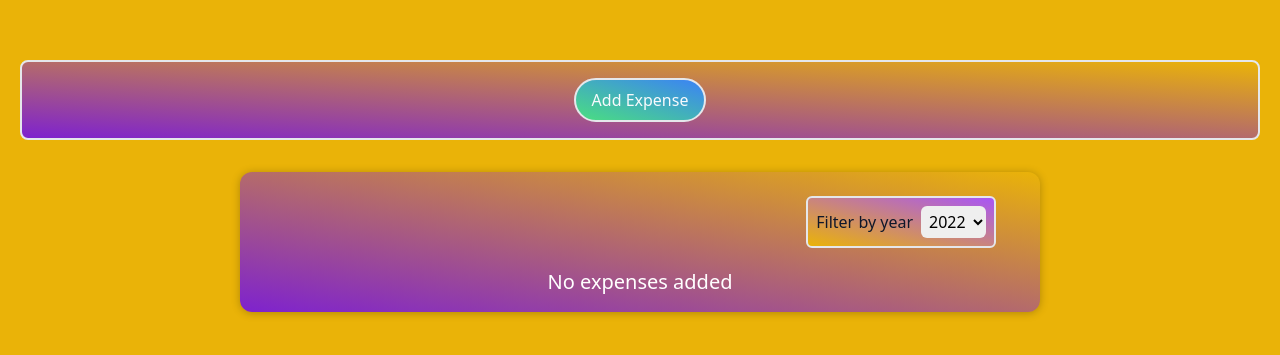
Repository: Sef24/expense-tracker
Page: /
The author's editor kept a copy of each file at every save. The page is drawn from the files as they stood at one save, then again after the next save.
The browser window is 1280 px wide. The pictures show the whole page.
The project was rebuilt for these pictures with package versions that can differ from the ones it lists, and the page was loaded fresh each time. Also part of the build but not shown: src/components/ExpenseItem.css, src/components/ExpenseDate.css, src/components/ExpenseDate.js, src/components/ExpenseItem.js, src/components/NewExpense/NewExpense.css, src/components/NewExpense/ExpenseForm.css, src/components/NewExpense/ExpenseForm.js.

Above is the page before, as saved 2022-05-03 20:52:23.

### public/index.html
<!DOCTYPE html>
<html lang="en">
  <head>
    <meta charset="utf-8" />
    <link rel="icon" href="%PUBLIC_URL%/favicon.ico" />
    <meta name="viewport" content="width=device-width, initial-scale=1" />

    <meta
      name="description"
      content="Web site created using create-react-app"
    />
    <link rel="apple-touch-icon" href="%PUBLIC_URL%/logo192.png" />
    <!--
      manifest.json provides metadata used when your web app is installed on a
      user's mobile device or desktop. See https://developers.google.com/web/fundamentals/web-app-manifest/
    -->
    <link rel="manifest" href="%PUBLIC_URL%/manifest.json" />
    <!--
      Notice the use of %PUBLIC_URL% in the tags above.
      It will be replaced with the URL of the `public` folder during the build.
      Only files inside the `public` folder can be referenced from the HTML.

      Unlike "/favicon.ico" or "favicon.ico", "%PUBLIC_URL%/favicon.ico" will
      work correctly both with client-side routing and a non-root public URL.
      Learn how to configure a non-root public URL by running `npm run build`.
    -->
    <title>React App</title>
  </head>
  <body>
    <noscript>You need to enable JavaScript to run this app.</noscript>
    <div id="root"></div>
    <!--
      This HTML file is a template.
      If you open it directly in the browser, you will see an empty page.

      You can add webfonts, meta tags, or analytics to this file.
      The build step will place the bundled scripts into the <body> tag.

      To begin the development, run `npm start` or `yarn start`.
      To create a production bundle, use `npm run build` or `yarn build`.
    -->
  </body>
</html>

### src/index.css
@tailwind base;
@tailwind components;
@tailwind utilities;

@layer base {
  body {
    @apply bg-yellow-500;
  }
}

### src/App.js
import Expenses from "./components/Expenses";
import NewExpense from "./components/NewExpense/NewExpense";
import { useState } from "react";

const DUMMY_DATA = [
  {
    id: "e1",
    title: "Phone",
    amount: 94.12,
    date: new Date(2020, 7, 14),
  },
  { id: "e2", title: "New TV", amount: 799.49, date: new Date(2021, 2, 12) },
  {
    id: "e3",
    title: "Car Insurance",
    amount: 294.67,
    date: new Date(2021, 2, 28),
  },
  {
    id: "e4",
    title: "New Desk (Wooden)",
    amount: 450,
    date: new Date(2021, 5, 12),
  },
];

function App() {
  const [expenses, setExpenses] = useState(DUMMY_DATA);

  const addExpenseHandler = (expense) => {
    setExpenses((prevExpenses) => {
      return [expense, ...prevExpenses];
    });
  };
  return (
    <div>
      <div>
        <NewExpense onAddExpense={addExpenseHandler} />
        <Expenses items={expenses} />
      </div>
    </div>
  );
}

export default App;

### src/components/Expenses.js
import React, { useState } from "react";

import "./Expenses.css";
import ExpensesList from "./ExpensesList";
import ExpensesFilter from "./NewExpense/ExpensesFilter";

function Expenses(props) {
  const [filteredYear, setFilteredYear] = useState("2022");

  const filterChangeHandler = (selectedYear) => {
    setFilteredYear(selectedYear);
  };

  const filteredExpenses = props.items.filter((expense) => {
    return expense.date.getFullYear().toString() === filteredYear;
  });

  return (
    <div>
      <div className="expenses bg-gradient-to-tr from-purple-700 ... border-0 ">
        <ExpensesFilter
          selected={filteredYear}
          onChangeFilter={filterChangeHandler}
        />
        <ExpensesList items={filteredExpenses} />
      </div>
    </div>
  );
}

export default Expenses;

### src/components/NewExpense/NewExpense.js
import React from "react";
import "./NewExpense.css";
import ExpenseForm from "./ExpenseForm";
import { useState } from "react";

function NewExpense(props) {
  const [isEditing, setIsEditing] = useState(false);

  const saveExpenseDataHandler = (enteredExpenseData) => {
    const expenseData = {
      ...enteredExpenseData,
      id: Math.random().toString(),
    };

    props.onAddExpense(expenseData);
    setIsEditing(false);
  };

  const startEditingHandler = () => {
    setIsEditing(true);
  };

  const stopEditingHandler = () => {
    setIsEditing(false);
  };

  return (
    <div className="flex flex-col sm:flex-row m-5 justify-between items-center h-auto rounded-lg">
      <div
        className="flex flex-grow justify-evenly w-full p-4 mt-10 items-center  border-2
        bg-gradient-to-tr from-purple-700 ... px-10 rounded-lg "
      >
        {!isEditing && (
          <button
            onClick={startEditingHandler}
            className="flex  items-center justify-center border-2  p-2 px-4 rounded-full text-slate-50
          cursor-pointer transition duration-100 transform hover:scale-125 hover:text-white
           text-extra-bold bg-gradient-to-tr from-green-400 to-blue-500
           hover:from-pink-500 hover:to-yellow-500 ...
           active:opacity-75
          "
          >
            Add Expense
          </button>
        )}
        {isEditing && (
          <ExpenseForm
            onSaveExpenseData={saveExpenseDataHandler}
            onCancel={stopEditingHandler}
          />
        )}
      </div>
    </div>
  );
}

export default NewExpense;

### src/components/Expenses.css
.expenses {
  padding: 1rem;

  margin: 2rem auto;
  width: 50rem;
  max-width: 95%;
  border-radius: 12px;
  box-shadow: 0 1px 8px rgba(0, 0, 0, 0.25);
}

### src/components/ExpensesList.js
import React from "react";

import ExpenseItem from "./ExpenseItem";

const ExpensesList = (props) => {
  if (props.items.length === 0) {
    return (
      <h2 className="text-white font-light text-xl flex items-center justify-center mt-3">
        No expenses added
      </h2>
    );
  }

  return (
    <ul>
      {props.items.map((expense) => (
        <ExpenseItem
          key={expense.id}
          id={expense.id}
          title={expense.title}
          amount={expense.amount}
          date={expense.date}
        />
      ))}
    </ul>
  );
};

export default ExpensesList;

### src/components/NewExpense/ExpensesFilter.js
import React from "react";

const ExpensesFilter = (props) => {
  const dropdownChangeHandler = (event) => {
    props.onChangeFilter(event.target.value);
  };
  return (
    <div className="">
      <div className="flex justify-end p-2 mr-5 ">
        <div
          className="border-2 rounded-md border-inherit p-2 ml-6
          bg-gradient-to-tr from-yellow-500 to-purple-500 ... border-purple
        active:opacity-75 ..."
        >
          <label className="text-slate-900 font-normal mr-2">
            Filter by year
          </label>
          <select
            value={props.selected}
            onChange={dropdownChangeHandler}
            className="rounded-md p-1 "
          >
            <option value="2022">2022</option>
            <option value="2021">2021</option>
            <option value="2020">2020</option>
            <option value="2019">2019</option>
          </select>
        </div>
      </div>
    </div>
  );
};

export default ExpensesFilter;

Loaded but not shown: src/index.js (common file); tailwind.config.js (common file)

After the next save:
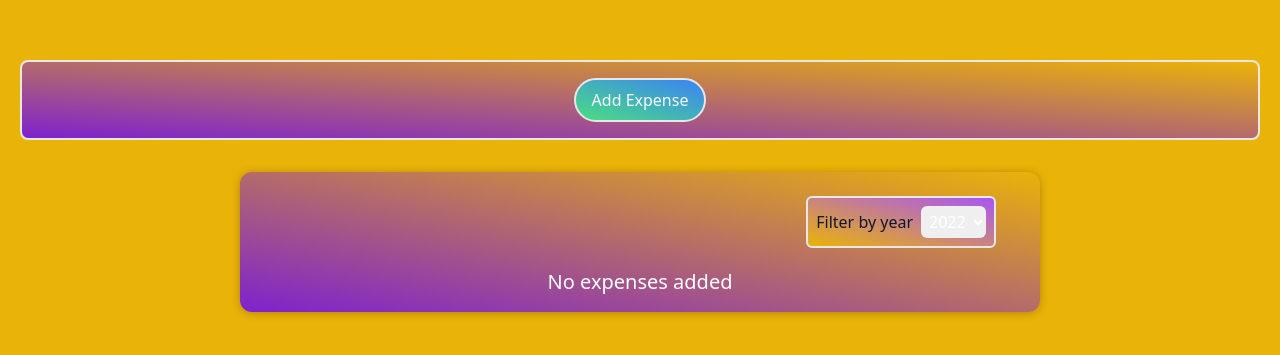
Saved 14 s later.
--- a/src/components/NewExpense/ExpensesFilter.js
+++ b/src/components/NewExpense/ExpensesFilter.js
@@ -10,7 +10,7 @@ const ExpensesFilter = (props) => {
         <div
           className="border-2 rounded-md border-inherit p-2 ml-6
           bg-gradient-to-tr from-yellow-500 to-purple-500 ... border-purple
-        active:opacity-75 ..."
+        active:opacity-75 text-white ..."
         >
           <label className="text-slate-900 font-normal mr-2">
             Filter by year

After the save that followed:
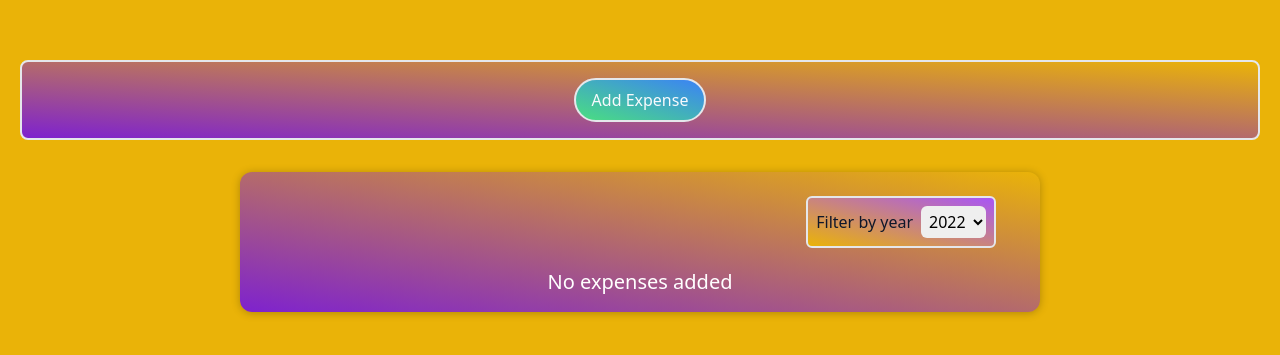
Saved 6 s later.
--- a/src/components/NewExpense/ExpensesFilter.js
+++ b/src/components/NewExpense/ExpensesFilter.js
@@ -10,7 +10,7 @@ const ExpensesFilter = (props) => {
         <div
           className="border-2 rounded-md border-inherit p-2 ml-6
           bg-gradient-to-tr from-yellow-500 to-purple-500 ... border-purple
-        active:opacity-75 text-white ..."
+        active:opacity-75 ..."
         >
           <label className="text-slate-900 font-normal mr-2">
             Filter by year
